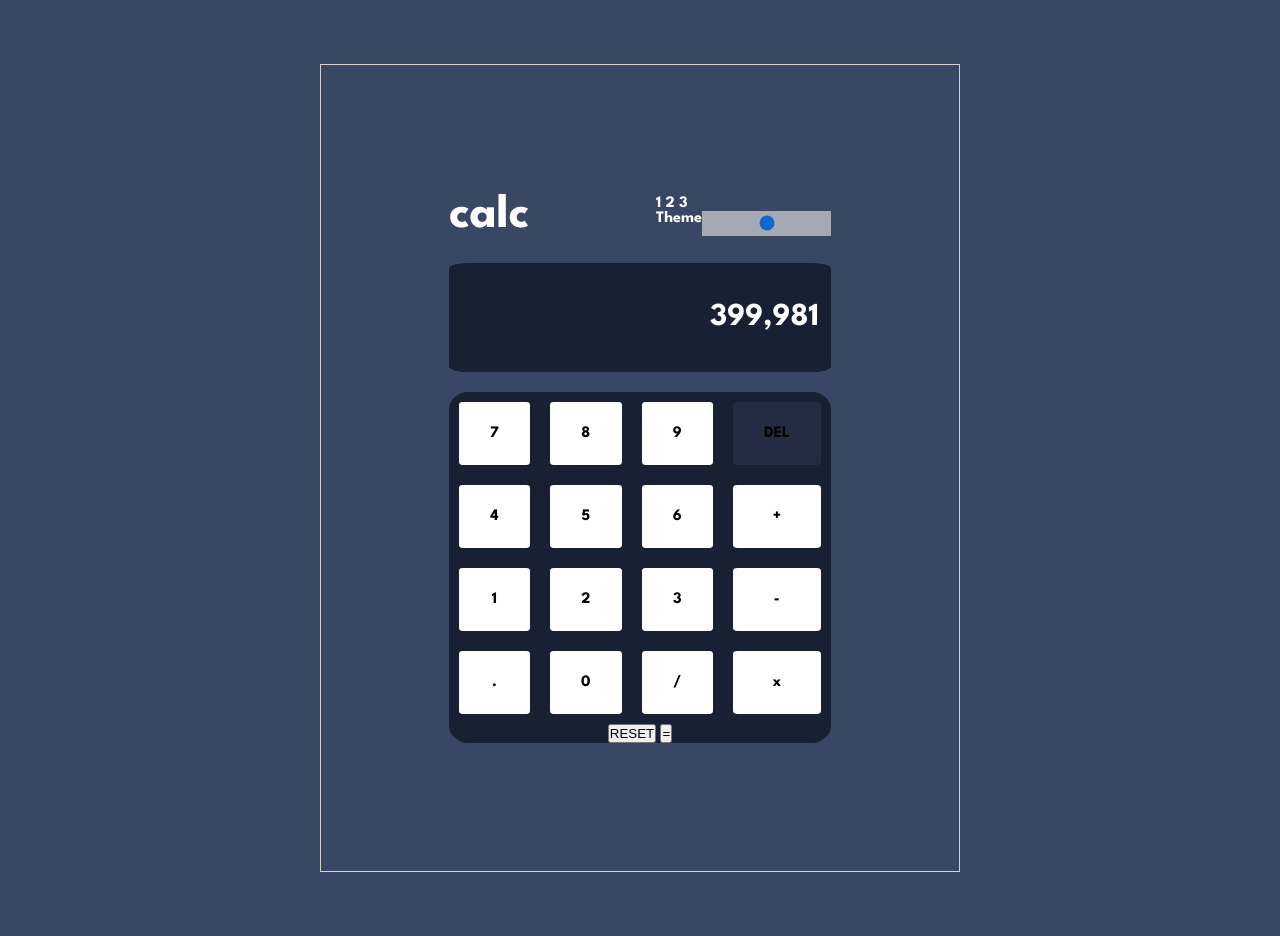
Repository: DevLaukey/calc-with-css-js
Page: index.html
The author's editor kept a copy of each file at every save. The page is drawn from the files as they stood at one save, then again after the next save.
The browser window is 1280 px wide. The pictures show the whole page.

Above is the page before, as saved 2022-05-18 14:01:10.

### index.html
<!DOCTYPE html>
<html lang="en">
  <head>
    <meta charset="UTF-8" />
    <meta http-equiv="X-UA-Compatible" content="IE=edge" />
    <meta name="viewport" content="width=device-width, initial-scale=1.0" />
    <title>Calculator</title>
    <link rel="stylesheet" href="./styles.css" />
    <link rel="preconnect" href="https://fonts.googleapis.com" />
    <link rel="preconnect" href="https://fonts.gstatic.com" crossorigin />
    <link
      href="https://fonts.googleapis.com/css2?family=League+Spartan:wght@700&display=swap"
      rel="stylesheet"
    />
  </head>
  <body>
    <div class="body">
      <header class="calculator__header">
        <div>
          <p class="calculator__name text">calc</p>
        </div>
        <div class="calculator__slider">
          <div class="text">
            <p class="calculator__smallText">1 2 3</p>
            <div class="calculator__block">
              <p class="calculator__smallText">Theme</p>
              <input
                class="slider"
                type="range"
                min="1"
                max="3"
                name=""
                id=""
              />
            </div>
          </div>
        </div>
      </header>
      <div class="calculator__display">
        <p class="text calculator__solution">399,981</p>
      </div>
      <div class="calculator__input">
        <div class="calculator__row">
          <p class="calculator__button seven">7</p>
          <p class="calculator__button eight">8</p>
          <p class="calculator__button nine">9</p>
          <p class="calculator__button del back" style="background-color: hsl(223, 31%, 20%);">DEL</p>
          <p class="calculator__button four">4</p>
          <p class="calculator__button five">5</p>
          <p class="calculator__button six">6</p>
          <p class="calculator__button plus">+</p>
          <p class="calculator__button one">1</p>
          <p class="calculator__button two">2</p>
          <p class="calculator__button three">3</p>
          <p class="calculator__button minus">-</p>

          <p class="calculator__button dot">.</p>
           <p class="calculator__button minus">0</p>
          <p class="calculator__button slash">/</p>
          <p class="calculator__button multiply">x</p>

        </div>
        <div class="calculator__control">
            <button class="control reset">RESET</button>
            <button class="control equals">=</button>
          </div>
      </div>
    </div>
  </body>
</html>

### styles.css
* {
  margin: 0;
  padding: 0;
  box-sizing: border-box;
}

body {
  background-color: hsl(222, 26%, 31%);

}
.body {
  font-family: "League Spartan", sans-serif;
  /* width: 100%; */
  padding: 10%;
  margin-bottom: 5%;
  margin-top: 5%;
  margin-left: 25%;
  margin-right: 25%;
  border: 1px solid #d3d3d3;
}
.calculator__header {
  display: flex;
  width: 100%;
  justify-content: space-between;
  margin-bottom: 25px;
}
.calculator__block {
  display: flex;
}
.calculator__name {
  font-size: 3em;
  color: white;
}
.calculator__slider {
  display: flex;
  align-self: center;
}
.text {
  color: white;
}
.numbers {
  color: hsl(221, 14%, 31%);
}
.slider {
  -webkit-appearance: none;
  /* width: 100%; */
  height: 25px;
  background: #d3d3d3;
  /* outline: none; */
  opacity: 0.7;
  -webkit-transition: 0.2s;
  transition: opacity 0.2s;
}
.background-red{background-color: hsl(6, 63%, 50%);
}
#background-desaturated-blue{background-color: hsl(223, 31%, 20%);}
.background-light-orange{background-color: hsl(30, 25%, 89%)}

.slider:hover {
  opacity: 1;
}
.slider::-webkit-slider-thumb {
  /* -webkit-appearance: none; */
  /* appearance: none; */
  width: 25px;
  height: 25px;
  background: #04aa6d;
  cursor: pointer;
}

.slider::-moz-range-thumb {
  width: 25px;
  height: 25px;
  background: #04aa6d;
  cursor: pointer;
}

.calculator__display {
  background-color: hsl(224, 36%, 15%);
  display: flex;
  flex-direction: row-reverse;
  border-radius: 5%;
  padding: 2.5em 0.75rem 2.5em 0.75em;
  margin-bottom: 20px;
}
.calculator__solution {
  font-size: 2em;
}
.calculator__input {
  background-color: hsl(224, 36%, 15%);
  border-radius: 5%;
text-align: center;
  display: flex;
  flex-direction: column;
}
.calculator__row{
    display: grid;
  gap: 20px;
  grid-template-columns: auto auto auto auto;
    padding: 10px;
    /* text-align: center; */

}
.calculator__button {
    background-color: white;
    padding-top: 1.5em;
    padding-bottom: 1.5em;
    padding-left: -0.2em;
    padding-right: -0.2em;
    border-radius: 5%;
    box-shadow: hsl(224, 28%, 35%) 15px;
}

After the next save:
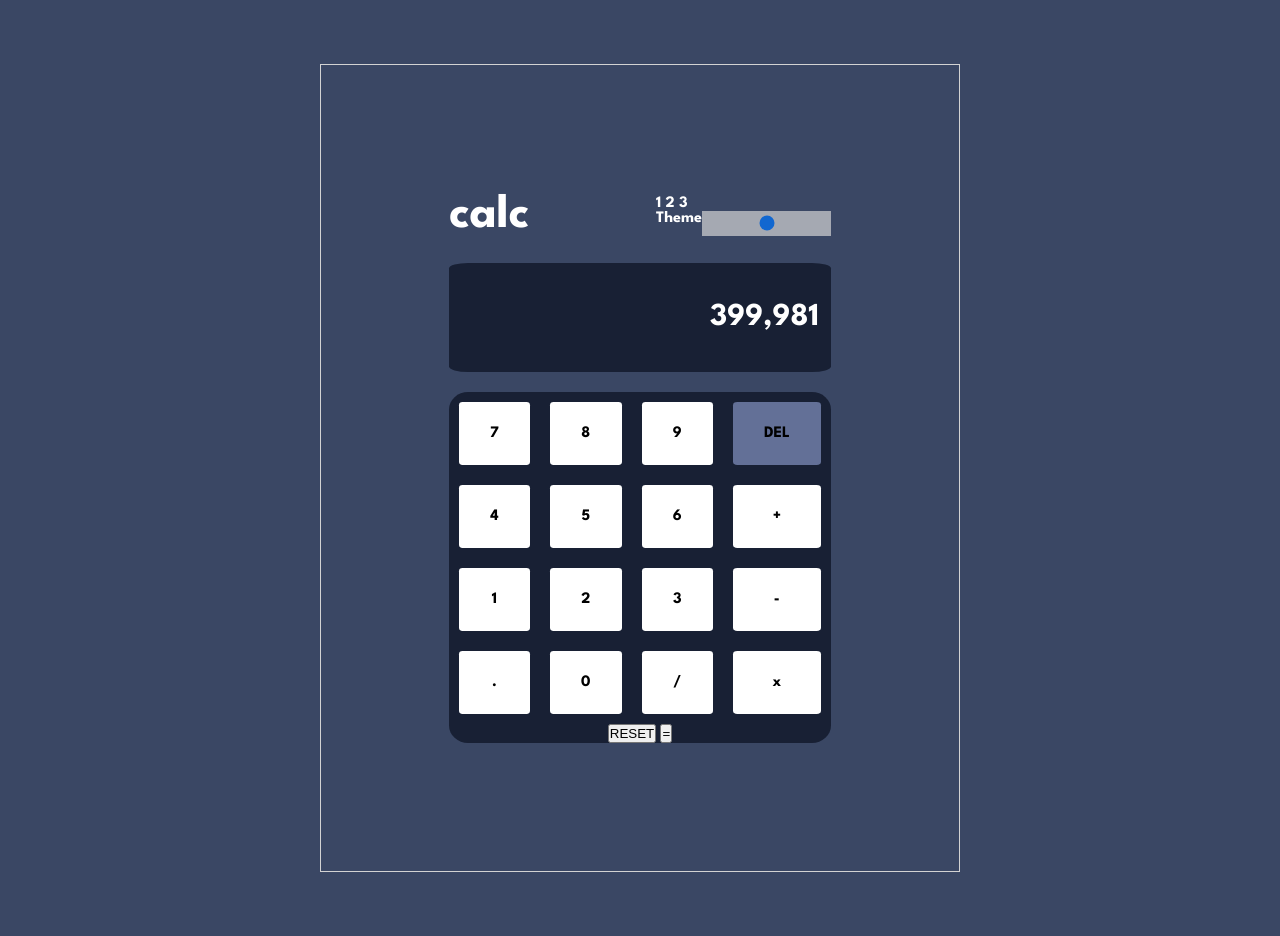
Saved 35 s later.
--- a/index.html
+++ b/index.html
@@ -44,7 +44,7 @@
           <p class="calculator__button seven">7</p>
           <p class="calculator__button eight">8</p>
           <p class="calculator__button nine">9</p>
-          <p class="calculator__button del back" style="background-color: hsl(223, 31%, 20%);">DEL</p>
+          <p class="calculator__button del back" style="background-color:hsl(225, 21%, 49%)">DEL</p>
           <p class="calculator__button four">4</p>
           <p class="calculator__button five">5</p>
           <p class="calculator__button six">6</p>
